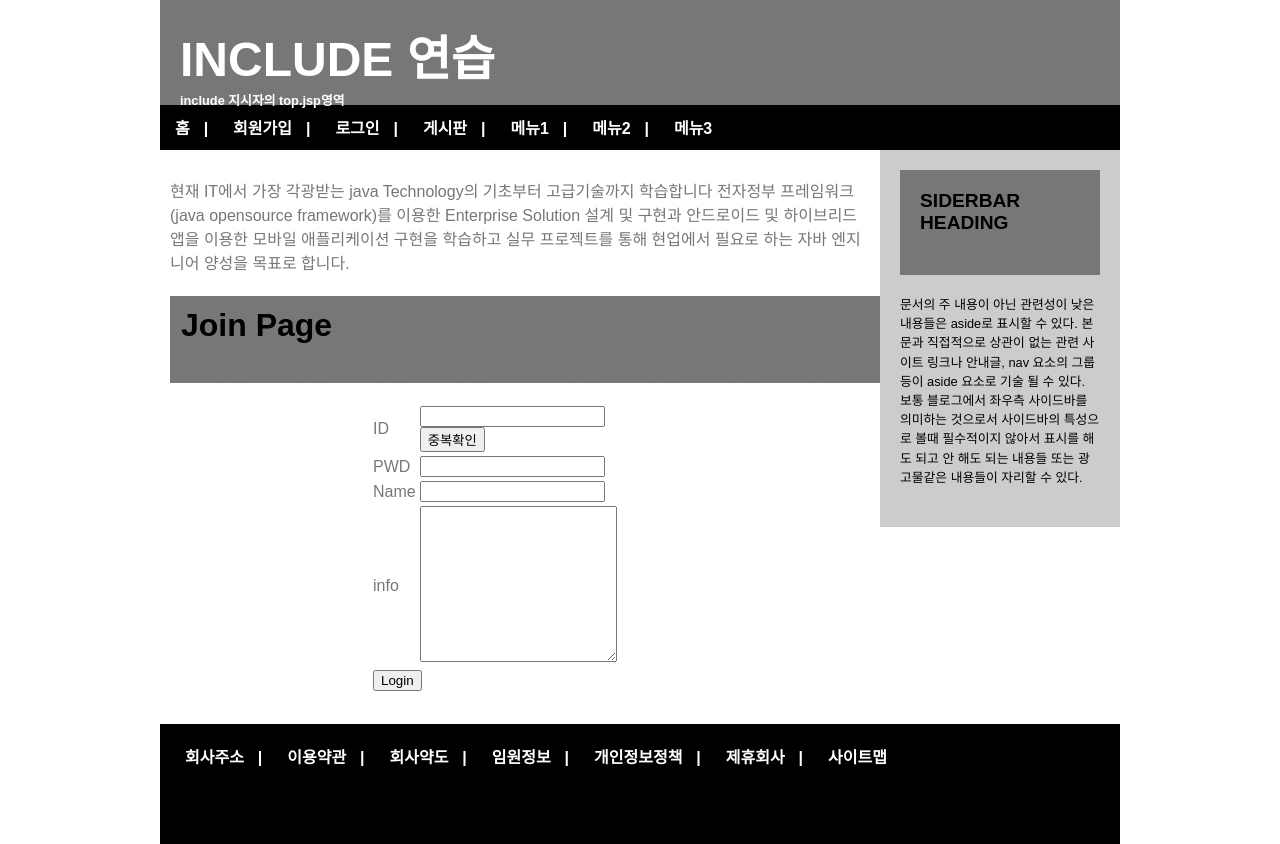
Repository: dev-sean/kosta
Page: http://localhost/jsp_1104/join.jsp
The author's editor kept a copy of each file at every save. The page is drawn from the files as they stood at one save, then again after the next save.
The browser window is 1280 px wide. The pictures show the whole page.
Some web libraries are served in a nearby version. The page is served by Tomcat 9. Other server files are loaded and not shown.

Above is the page before, as saved 2014-11-04 02:37:27.

### jsp/jsp_1104/WebContent/join.jsp
<%@ page language="java" contentType="text/html; charset=EUC-KR"
	pageEncoding="EUC-KR"%>
<%@include file="ex1_top.jsp"%>
<article>


	<p>현재 IT에서 가장 각광받는 java Technology의 기초부터 고급기술까지 학습합니다 전자정부
		프레임워크(java opensource framework)를 이용한 Enterprise Solution 설계 및 구현과
		안드로이드 및 하이브리드앱을 이용한 모바일 애플리케이션 구현을 학습하고 실무 프로젝트를 통해 현업에서 필요로 하는 자바
		엔지니어 양성을 목표로 합니다.</p>
	<section>
		<header style="margin: auto; width: 100%;">
			<h2>Join Page</h2>
		</header>
		<p>
		<form method="post" action="join_ok.jsp">
			<table style="margin: auto; width: 300px">
				<tr>
					<td>ID</td>
					<td><input type="text" name="id">
					<!-- Ajax & jQuery로 구현하기 -->
					<input type="button" id="btn1" value="중복확인"></td>
				</tr>
				<tr>
					<td>PWD</td>
					<td><input type="password" name="pwd"></td>
				</tr>
				<tr>
					<td>Name</td>
					<td><input type="text" name="name"></td>
				</tr>
				<tr>
					<td>info</td>
					<td><textarea rows="10" cols="22" name="info"></textarea>
				</tr>
				<tr>
					<td colspan="2"><input type="submit" value="Login"></td>
				</tr>
			</table>
		</form>
		</p>
	</section>
</article>
<aside>
	<header>
		<h1>Siderbar Heading</h1>
	</header>
	<p>문서의 주 내용이 아닌 관련성이 낮은 내용들은 aside로 표시할 수 있다. 본문과 직접적으로 상관이 없는 관련
		사이트 링크나 안내글, nav 요소의 그룹 등이 aside 요소로 기술 될 수 있다. 보통 블로그에서 좌우측 사이드바를
		의미하는 것으로서 사이드바의 특성으로 볼때 필수적이지 않아서 표시를 해도 되고 안 해도 되는 내용들 또는 광고물같은 내용들이
		자리할 수 있다.</p>

</aside>
<%@include file="ex1_bottom.jsp"%>

### jsp/jsp_1104/WebContent/ex1_top.jsp
<%@ page language="java" contentType="text/html; charset=EUC-KR"
    pageEncoding="EUC-KR"%>
<!DOCTYPE html>
<html>
<head>
<meta charset="EUC-KR">
<title>Insert title here</title>
<link rel="stylesheet" href="style/style.css" type="text/css">
<script src="//code.jquery.com/jquery-1.11.0.min.js"></script>
<script src="//code.jquery.com/jquery-migrate-1.2.1.min.js"></script>
<script>
	$(document).ready(function() {

	});
</script>
</head>
<body>

	<header class="hd">
		<h1>Include 연습</h1>
		<h2>include 지시자의 top.jsp영역</h2>
	</header>
	<nav>
		<ul>
			<li><a href="ex1_body.jsp">홈</a>&nbsp; |</li>
			<li><a href="join.jsp">회원가입</a>&nbsp; |</li>
			<li><a href="loginForm.jsp">로그인</a>&nbsp; |</li>
			<li><a href="">게시판</a>&nbsp; |</li>
			<li><a href="">메뉴1</a>&nbsp; |</li>
			<li><a href="">메뉴2</a>&nbsp; |</li>
			<li><a href="">메뉴3</a></li>
		</ul>
	</nav>

### jsp/jsp_1104/WebContent/ex1_bottom.jsp
<%@ page language="java" contentType="text/html; charset=EUC-KR"
	pageEncoding="EUC-KR"%>
<footer>
	<nav>
		<ul>
			<li><a href="">회사주소</a>&nbsp; |</li>
			<li><a href="">이용약관</a>&nbsp; |</li>
			<li><a href="">회사약도</a>&nbsp; |</li>
			<li><a href="">임원정보</a>&nbsp; |</li>
			<li><a href="">개인정보정책</a>&nbsp; |</li>
			<li><a href="">제휴회사</a>&nbsp; |</li>
			<li><a href="">사이트맵</a></li>
		</ul>
	</nav>
</footer>


</body>
</html>

### jsp/jsp_1104/WebContent/style/style.css
@CHARSET "EUC-KR";
html, body, div, h1, h2, h3, h4, h5, h6, p {
	margin: 0;
	padding: 0;
	border: 0;
	outline: 0;
	font-size: 100%;
}

body {
	width: 960px;
	margin: 0 auto;
	font-family: Arial, sans-serif;
	color: #777;
}

p {
	margin-top: 20px;
	margin-bottom: 20px;
	line-height: 150%;
}
.hd h1{

}
header {
	background: #777;
	padding: 20px;
	height: 65px;
	clear: both;
}

body header  h1 {
	font-size: 3.0em;
	text-transform: uppercase;
	color: #fff;
}

body header  h2 {
	font-size: 0.8em;
	color: #fff;

}

body nav {
	height: 25px;
	padding: 10px;
	background: #000;
	color: #FFFFFF;
	font-weight: bold;
	clear: both;
	-moz-border-radius: 20px 0px;
}

body nav ul {
	padding: 0;
	margin: 0;
	list-style: none;
}

nav ul li {
	display: block;
	float: left;
	margin-right: 20px;
}

footer {
	background: #000;
	padding: 10px;
	height: 100px;
	color: #fff;
	clear: both;
}

nav ul li a {
	color: #fff;
	background: #000;
	text-decoration: none;
	padding: 5px;
	margin: 0;
}

nav ul li a:hover {
	background: #777;
}

article {
	width: 700px;
	padding: 10px;
	float: left;
}

article header {
	border: 1px dashed #777;
	padding: 10px;
}

article header h2 {
	color: #000;
	font-size: 2em;
}

time {
	font-size: 0.7em;
	margin-top: 0px;
	margin-bottom: 0px;
}

article section footer {
	border: 1px dashed #777;
	padding: 10px;
}

article>footer {
	font-style: italic;
}

figure {
	margin: 0 auto;
	padding: 20px;
	width: 500px;
	text-align: center;
	border: 1px dashed #ccc;
	clear: both;
}

figure img {
	padding: 10px;
	margin: 0 auto;
}

aside {
	width: 200px;
	padding: 20px;
	float: left;
	background: #ccc;
	color: #000;
	font-size: 0.8em;
}

aside header h1 {
	font-size: 1.5em;
	color: #000;
}

After the next save:
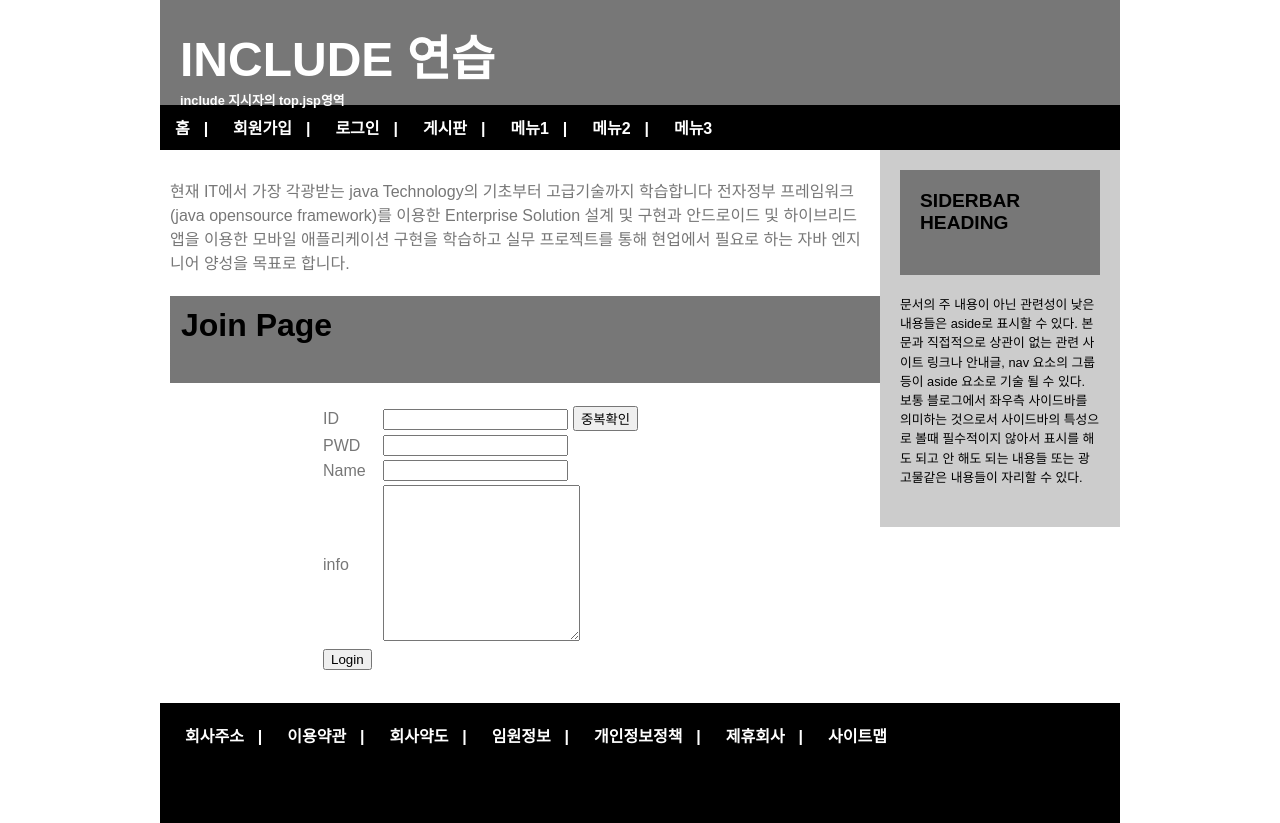
Saved 39 s later.
--- a/jsp/jsp_1104/WebContent/join.jsp
+++ b/jsp/jsp_1104/WebContent/join.jsp
@@ -14,7 +14,7 @@
 		</header>
 		<p>
 		<form method="post" action="join_ok.jsp">
-			<table style="margin: auto; width: 300px">
+			<table style="margin: auto; width: 400px">
 				<tr>
 					<td>ID</td>
 					<td><input type="text" name="id">
